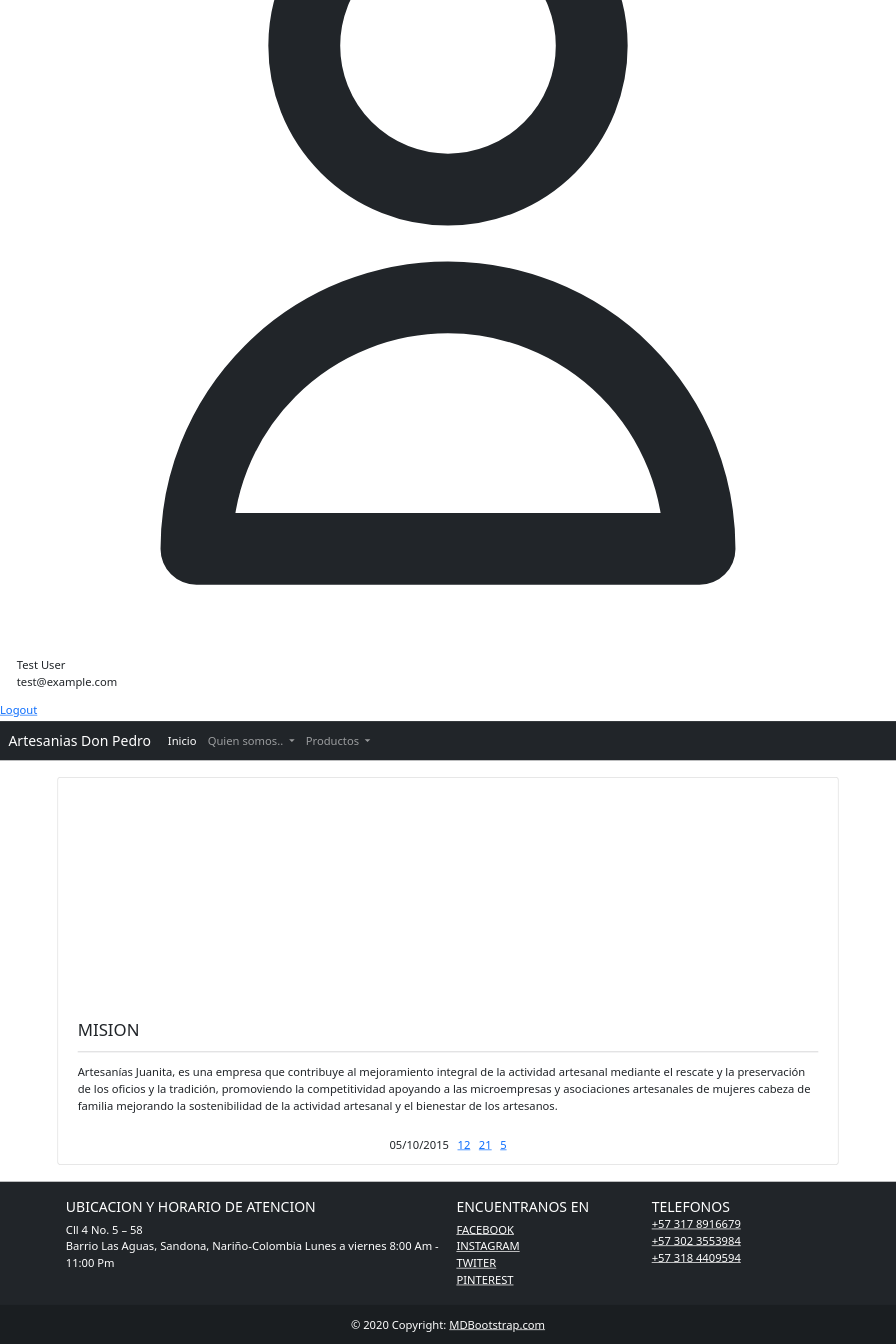
Repository: PG210/taller_artesania
Page: http://localhost/arte/mision
An editor plug-in stored every save of this project. The page is shown before and after the next save, followed by the edit.
The browser window is 1280 px wide. The pictures show the part of the page from y = 1813 to 3733 px (the page is 3733 px tall), at 70% of full size.
Pictures or frames that could not be fetched are drawn as grey boxes. The page is served by the project's Laravel application, run on PHP 8.4 with Laravel 8. A made-up administrator, Test User (test@example.com), is signed in. Other server files are loaded and not shown.

Above is the page before, as saved 2021-01-14 15:56:53.

### routes/web.php
<?php

use Illuminate\Support\Facades\Route;
use App\Http\Controllers\Productos;

/*
|--------------------------------------------------------------------------
| Web Routes
|--------------------------------------------------------------------------
|
| Here is where you can register web routes for your application. These
| routes are loaded by the RouteServiceProvider within a group which
| contains the "web" middleware group. Now create something great!
|
*/

Route::get('/', function () {
    return view('welcome');
});
//ruta mision vision
Route::get('arte/vision', function () {
    return view('arte.vision');
});
//histortia
Route::get('arte/historia', function () {
    return view('arte.historia');
});
Route::get('arte/mision', function () {
    return view('arte.mision');
});

//ubicacion
Route::get('arte/ubicacion', function () {
    return view('arte.ubicacion');
});
//productos
Route::get('/productos', [Productos::class, 'index']);

Route::get('/dashboard', function () {
    return view('dashboard');
})->middleware(['auth'])->name('dashboard');

require __DIR__.'/auth.php';

### resources/views/arte/mision.blade.php
 @extends('layouts.app') @section('content')

<!-- Card -->
<div class="card">

    <!-- Card image -->
    <div class="container">


        <div class="row">

            <!--tarjeta 1-->

            <div class="col-lg-6">
                <br>
                <div class="view overlay ">
                    <video loop="true " muted autoplay width="530 " height="300 ">
                    <source src='{{url("/img/video.mp4")}}' type="video/mp4 " alt="Card image cap ">
                        <img class="card-img-top" src={{url("/img/video.mp4")}} alt="Card image cap">
                <a>
                    <div class="mask " style=" background-color: rgba(230, 179, 179, 0.5) "></div>
                </a>
            </div>
            </div>
            </div>

        <!-- Button -->


        <!-- Card content -->
        <div class="card-body">

            <!-- Title -->
            <h4 class="card-title">MISION</h4>
            <hr>
            <!-- Text -->

            Artesanías Juanita, es una empresa que contribuye al mejoramiento integral de la actividad artesanal mediante el rescate y la preservación de los oficios y la tradición, promoviendo la competitividad apoyando a las microempresas y asociaciones artesanales de mujeres cabeza de familia mejorando la sostenibilidad de la actividad artesanal y el bienestar de los artesanos.
        </div>

        <!-- Card footer -->
        <div class="rounded-bottom mdb-color lighten-3 text-center pt-3">
            <ul class="list-unstyled list-inline font-small">
                <li class="list-inline-item pr-2 white-text"><i class="far fa-clock pr-1"></i>05/10/2015</li>
                <li class="list-inline-item pr-2"><a href="#" class="white-text"><i
                class="far fa-comments pr-1"></i>12</a></li>
                <li class="list-inline-item pr-2"><a href="#" class="white-text"><i class="fab fa-facebook-f pr-1">
              </i>21</a></li>
                <li class="list-inline-item"><a href="#" class="white-text"><i class="fab fa-twitter pr-1"> </i>5</a></li>
            </ul>
        </div>

    </div>
    <!-- Card -->
    @stop

### resources/views/layouts/app.blade.php
<!DOCTYPE html>
<html lang="{{ str_replace('_', '-', app()->getLocale()) }}">
    <head>
        <meta charset="utf-8">
        <meta name="viewport" content="width=device-width, initial-scale=1">
        <meta name="csrf-token" content="{{ csrf_token() }}">

        <title>{{ config('app.name', 'Laravel') }}</title>

        <!-- Fonts -->
        <link rel="stylesheet" href="https://fonts.googleapis.com/css2?family=Nunito:wght@400;600;700&display=swap">
        <link href="{{ url('/assets/bootstrap/css/bootstrap.min.css') }}" rel="stylesheet">
        <!-- Styles -->
        <link rel="stylesheet" href="{{ asset('css/app.css') }}">

        <!-- Scripts -->
        <script src="{{ asset('js/app.js') }}" defer></script>


    </head>

    <body class="font-sans antialiased">
        <div class="min-h-screen bg-gray-100">
            @include('layouts.navigation')

            <nav class="navbar navbar-expand-lg navbar navbar-dark bg-dark">
  <div class="container-fluid">
    <a class="navbar-brand" href="#">Artesanias Don Pedro</a>
    <button class="navbar-toggler" type="button" data-bs-toggle="collapse" data-bs-target="#navbarNavDropdown" aria-controls="navbarNavDropdown" aria-expanded="false" aria-label="Toggle navigation">
      <span class="navbar-toggler-icon"></span>
    </button>
    <div class="collapse navbar-collapse" id="navbarNavDropdown">
      <ul class="navbar-nav">
        <li class="nav-item">
          <a class="nav-link active" aria-current="page" href="#">Inicio</a>
        </li>


        <li class="nav-item dropdown">
          <a class="nav-link dropdown-toggle" href="#" id="navbarDropdownMenuLink" role="button" data-bs-toggle="dropdown" aria-expanded="false">
            Quien somos..
          </a>
          <ul class="dropdown-menu" aria-labelledby="navbarDropdownMenuLink">
            <li><a class="dropdown-item" href="{{url('/arte/mision')}}">Mision</a></li>
            <li><a class="dropdown-item" href="{{url('/arte/vision')}}">Vision</a></li>
            <li><a class="dropdown-item" href="{{url('/arte/ubicacion')}}">Ubicacion</a></li>
            <li><a class="dropdown-item" href="{{url('/arte/historia')}}">Historia</a></li>
          </ul>
        </li>

        <li class="nav-item dropdown">
          <a class="nav-link dropdown-toggle" href="#" id="navbarDropdownMenuLink" role="button" data-bs-toggle="dropdown" aria-expanded="false">
            Productos
          </a>
          <ul class="dropdown-menu" aria-labelledby="navbarDropdownMenuLink">
            <li><a class="dropdown-item" href="{{url('/productos')}}">Sombreros</a></li>
            <li><a class="dropdown-item" href="#">Mochilas</a></li>
            <li><a class="dropdown-item" href="#">Tejidos</a></li>
            <li><a class="dropdown-item" href="#">Visuterias</a></li>
            <li><a class="dropdown-item" href="#">Ofertas</a></li>
          </ul>
        </li>
      </ul>
    </div>
  </div>
</nav>
<br>
            <!-- Page Heading -->
            <div class="container">
           @yield('content')
           </div>
        </div>
<!--footer-->
<br>
        <footer class="bg-dark text-white text-center text-lg-start">
  <!-- Grid container -->
  <div class="container p-4">
    <!--Grid row-->
    <div class="row">
      <!--Grid column-->
      <div class="col-lg-6 col-md-12 mb-4 mb-md-0">
        <h5 class="text-uppercase">Ubicacion y Horario de Atencion</h5>

        <p>
        <bFooterr>
        Cll 4 No. 5 – 58<br>
        Barrio Las Aguas, Sandona, Nariño-Colombia
        Lunes a viernes 8:00 Am - 11:00 Pm
        </p>
      </div>
      <!--Grid column-->

      <!--Grid column-->
      <div class="col-lg-3 col-md-6 mb-4 mb-md-0">
        <h5 class="text-uppercase">Encuentranos en</h5>

        <ul class="list-unstyled mb-0">
          <li>
            <a href="#!" class="text-white">FACEBOOK</a>
          </li>
          <li>
            <a href="#!" class="text-white">INSTAGRAM</a>
          </li>
          <li>
            <a href="#!" class="text-white">TWITER</a>
          </li>
          <li>
            <a href="#!" class="text-white">PINTEREST</a>
          </li>
        </ul>
      </div>
      <!--Grid column-->

      <!--Grid column-->
      <div class="col-lg-3 col-md-6 mb-4 mb-md-0">
        <h5 class="text-uppercase mb-0">TELEFONOS</h5>

        <ul class="list-unstyled">
          <li>
            <a href="#!" class="text-white">+57 317 8916679</a>
          </li>
          <li>
            <a href="#!" class="text-white">+57 302 3553984</a>
          </li>
          <li>
            <a href="#!" class="text-white">+57 318 4409594</a>
          </li>

        </ul>
      </div>
      <!--Grid column-->
    </div>
    <!--Grid row-->
  </div>
  <!-- Grid container -->

  <!-- Copyright -->
  <div class="text-center p-3" style="background-color: rgba(0, 0, 0, 0.2)">
    © 2020 Copyright:
    <a class="text-white" href="https://mdbootstrap.com/">MDBootstrap.com</a>
  </div>
  <!-- Copyright -->
</footer>
<!--end footer-->



        <script src="https://code.jquery.com/jquery-3.5.1.slim.min.js" integrity="sha384-DfXdz2htPH0lsSSs5nCTpuj/zy4C+OGpamoFVy38MVBnE+IbbVYUew+OrCXaRkfj" crossorigin="anonymous"></script>
        <script src="https://cdn.jsdelivr.net/npm/popper.js@1.16.1/dist/umd/popper.min.js" integrity="sha384-9/reFTGAW83EW2RDu2S0VKaIzap3H66lZH81PoYlFhbGU+6BZp6G7niu735Sk7lN" crossorigin="anonymous"></script>
       <script type="text/javascript" src="{{ url('/assets/bootstrap/js/bootstrap.min.js') }}"></script>
    </body>
</html>

### resources/views/layouts/navigation.blade.php
<nav x-data="{ open: false }" class="bg-white border-b border-gray-100">
    <!-- Primary Navigation Menu -->
    <!--aqui cambiar-->
    <div class=" navbar-dark bg-indigo">
        <div class="flex justify-between h-16">
            <div class="flex">
                <!-- Logo -->
                <div class="flex-shrink-0 flex items-center">
                    <a href="{{ route('dashboard') }}">
                        <x-application-logo class="block h-10 w-auto fill-current text-gray-600" />
                    </a>
                </div>

                <!-- Navigation Links -->
                <div class="hidden space-x-8 sm:-my-px sm:ml-10 sm:flex">
                    <x-nav-link :href="route('dashboard')" :active="request()->routeIs('dashboard')">
                        {{ __('Bienvenidos! Tienda Virtual') }}
                    </x-nav-link>
                </div>
            </div>

            <!-- Settings Dropdown -->
            <div class="hidden sm:flex sm:items-center sm:ml-6">
                <x-dropdown align="right" width="48">
                    <x-slot name="trigger">
                        <button class="flex items-center text-sm font-medium text-gray-500 hover:text-gray-700 hover:border-gray-300 focus:outline-none focus:text-gray-700 focus:border-gray-300 transition duration-150 ease-in-out">
                            <div>{{ Auth::user()->name }}</div>

                            <div class="ml-1">
                                <svg class="fill-current h-4 w-4" xmlns="http://www.w3.org/2000/svg" viewBox="0 0 20 20">
                                    <path fill-rule="evenodd" d="M5.293 7.293a1 1 0 011.414 0L10 10.586l3.293-3.293a1 1 0 111.414 1.414l-4 4a1 1 0 01-1.414 0l-4-4a1 1 0 010-1.414z" clip-rule="evenodd" />
                                </svg>
                            </div>
                        </button>
                    </x-slot>

                    <x-slot name="content">
                        <!-- Authentication -->
                        <form method="POST" action="{{ route('logout') }}">
                            @csrf

                            <x-dropdown-link :href="route('logout')"
                                    onclick="event.preventDefault();
                                                this.closest('form').submit();">
                                {{ __('Logout') }}
                            </x-dropdown-link>
                        </form>
                    </x-slot>
                </x-dropdown>
            </div>

            <!-- Hamburger -->
            <div class="-mr-2 flex items-center sm:hidden">
                <button @click="open = ! open" class="inline-flex items-center justify-center p-2 rounded-md text-gray-400 hover:text-gray-500 hover:bg-gray-100 focus:outline-none focus:bg-gray-100 focus:text-gray-500 transition duration-150 ease-in-out">
                    <svg class="h-6 w-6" stroke="currentColor" fill="none" viewBox="0 0 24 24">
                        <path :class="{'hidden': open, 'inline-flex': ! open }" class="inline-flex" stroke-linecap="round" stroke-linejoin="round" stroke-width="2" d="M4 6h16M4 12h16M4 18h16" />
                        <path :class="{'hidden': ! open, 'inline-flex': open }" class="hidden" stroke-linecap="round" stroke-linejoin="round" stroke-width="2" d="M6 18L18 6M6 6l12 12" />
                    </svg>
                </button>
            </div>
        </div>
    </div>

    <!-- Responsive Navigation Menu -->
    <div :class="{'block': open, 'hidden': ! open}" class="hidden sm:hidden">
        <div class="pt-2 pb-3 space-y-1">
            <x-responsive-nav-link :href="route('dashboard')" :active="request()->routeIs('dashboard')">
                {{ __('Dashboard') }}
            </x-responsive-nav-link>
        </div>

        <!-- Responsive Settings Options -->
        <div class="pt-4 pb-1 border-t border-gray-200">
            <div class="flex items-center px-4">
                <div class="flex-shrink-0">
                    <svg class="h-10 w-10 fill-current text-gray-400" xmlns="http://www.w3.org/2000/svg" fill="none" viewBox="0 0 24 24" stroke="currentColor">
                        <path stroke-linecap="round" stroke-linejoin="round" stroke-width="2" d="M16 7a4 4 0 11-8 0 4 4 0 018 0zM12 14a7 7 0 00-7 7h14a7 7 0 00-7-7z" />
                    </svg>
                </div>

                <div class="ml-3">
                    <div class="font-medium text-base text-gray-800">{{ Auth::user()->name }}</div>
                    <div class="font-medium text-sm text-gray-500">{{ Auth::user()->email }}</div>
                </div>
            </div>

            <div class="mt-3 space-y-1">
                <!-- Authentication -->
                <form method="POST" action="{{ route('logout') }}">
                    @csrf

                    <x-responsive-nav-link :href="route('logout')"
                            onclick="event.preventDefault();
                                        this.closest('form').submit();">
                        {{ __('Logout') }}
                    </x-responsive-nav-link>
                </form>
            </div>
        </div>
    </div>
</nav>

Loaded but not shown: routes/auth.php (common file); app/Models/User.php (common file); resources/views/components/application-logo.blade.php (common file); resources/views/components/nav-link.blade.php (common file); resources/views/components/dropdown-link.blade.php (common file); resources/views/components/dropdown.blade.php (common file); resources/views/components/responsive-nav-link.blade.php (common file); public/assets/bootstrap/css/bootstrap.min.css (library); public/assets/bootstrap/js/bootstrap.min.js (library); public/js/app.js (library)

After the next save:
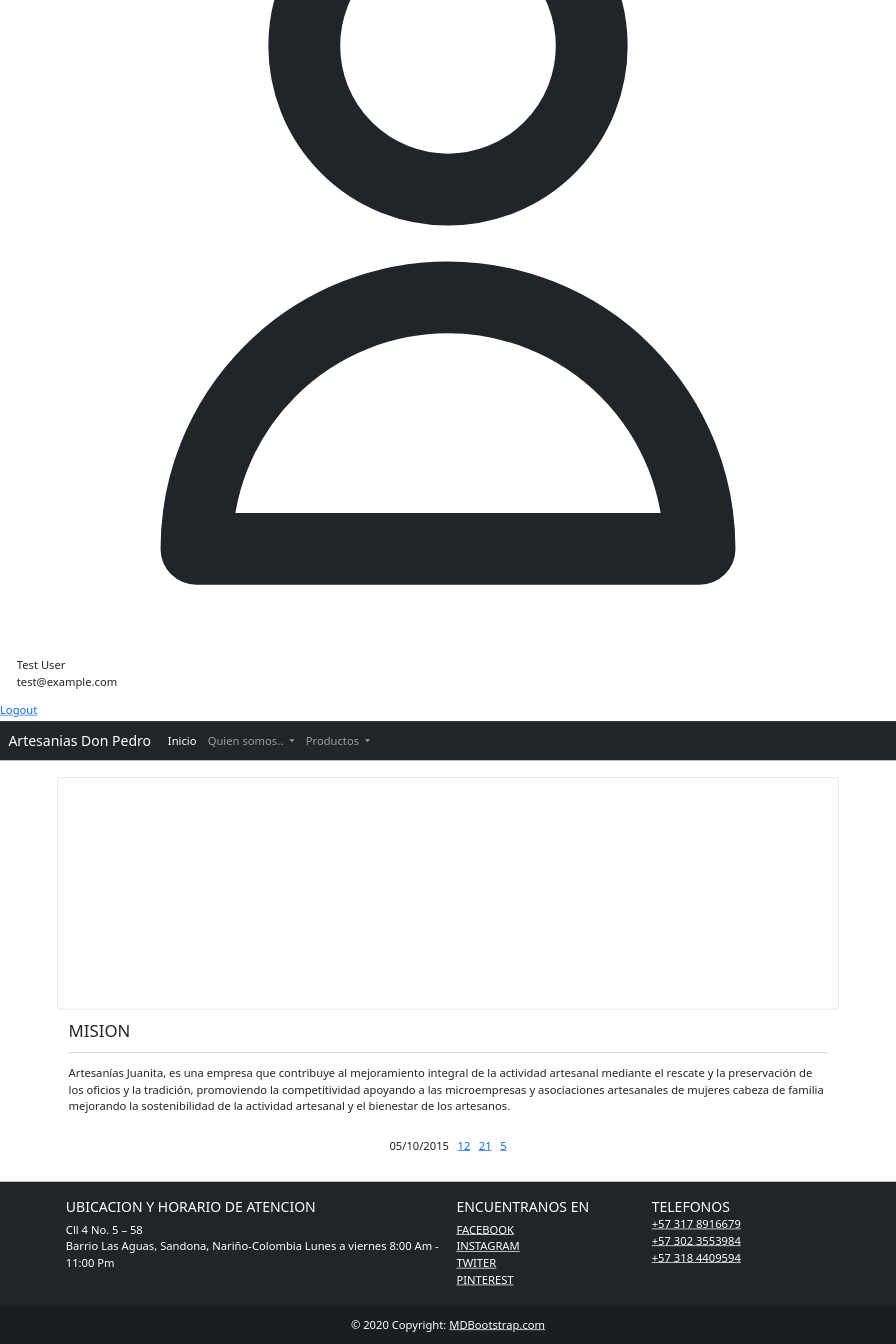
Saved 34 s later.
--- a/resources/views/arte/mision.blade.php
+++ b/resources/views/arte/mision.blade.php
@@ -23,6 +23,11 @@
             </div>
             </div>
             </div>
+            <div class="col-lg-6">
+            </div>
+    </div>
+</div>
+
 
         <!-- Button -->
 
